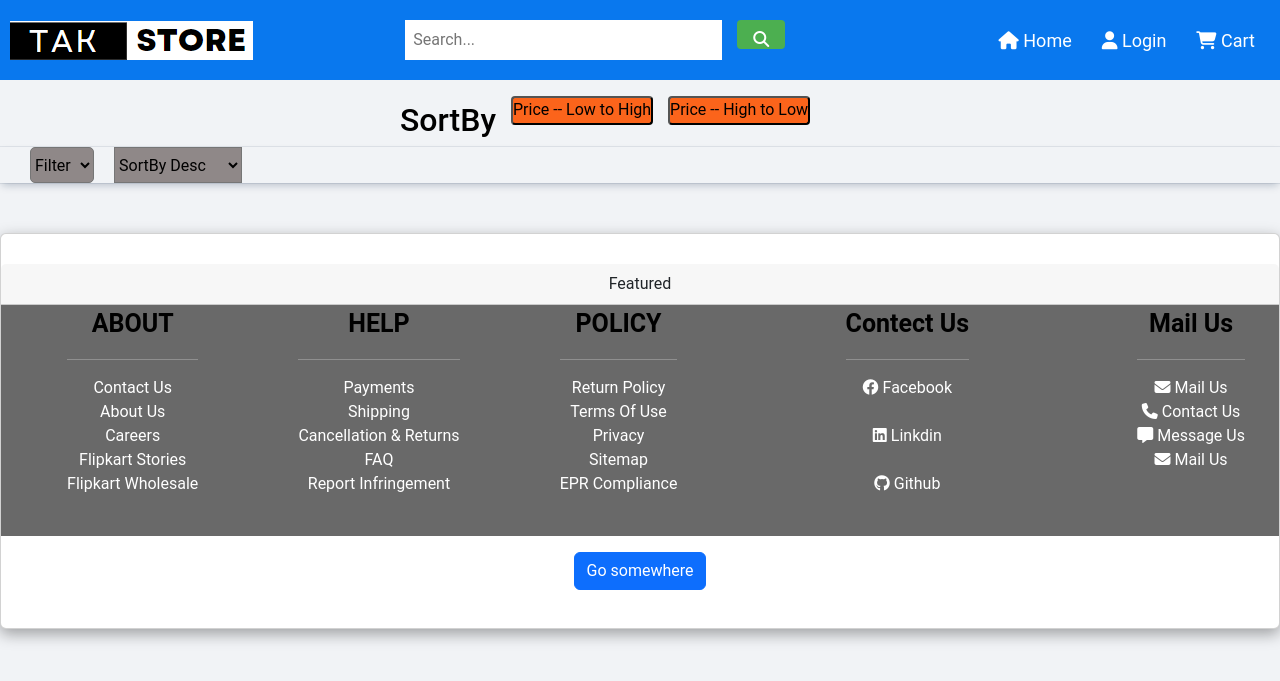
Repository: MSaifKhan01/TAK-Store
Page: PROJECT_Front/appliances.html
An editor plug-in stored every save of this project. The page is shown before and after the next save, followed by the edit.
The browser window is 1280 px wide. The pictures show the whole page.
The page's requests for data from a server got no answer.

Above is the page before, as saved 2023-07-22 02:00:39.
Console error: TypeError: Cannot read properties of null (reading 'append')

### PROJECT_Front/appliances.html
<!DOCTYPE html>
<html lang="en">

<head>
    <meta charset="UTF-8">
    <meta http-equiv="X-UA-Compatible" content="IE=edge">
    <meta name="viewport" content="width=device-width, initial-scale=1.0">
    <title>Document</title>
    <link
    rel="stylesheet"
    href="https://cdnjs.cloudflare.com/ajax/libs/font-awesome/6.4.0/css/all.min.css"
    integrity="sha512-iecdLmaskl7CVkqkXNQ/ZH/XLlvWZOJyj7Yy7tcenmpD1ypASozpmT/E0iPtmFIB46ZmdtAc9eNBvH0H/ZpiBw=="
    crossorigin="anonymous"
    referrerpolicy="no-referrer"
  />
  <!-- cdn link of bootstrap for css -->
  <link
    href="https://cdn.jsdelivr.net/npm/bootstrap@5.2.3/dist/css/bootstrap.min.css"
    rel="stylesheet"
    integrity="sha384-rbsA2VBKQhggwzxH7pPCaAqO46MgnOM80zW1RWuH61DGLwZJEdK2Kadq2F9CUG65"
    crossorigin="anonymous"
  />



    <link rel="stylesheet" type="text/css" href="./CSS/appliences.css">
    <link rel="stylesheet" type="text/css" href="./CSS/Index.css">
    <style>

    </style>
</head>

<body>
    <header >
        <nav class="navbar">
          <a href="#" class="navbar-brand logo"
            ><img src="./flipkart images/Tak_logo.png" alt="logo"
          /></a>
          <div class="search-container">
            <input id="searcBox" type="text" placeholder="Search..." />
            <button type="submit"><i class="fa fa-search"></i></button>
          </div>
          <ul class="navbar-nav">
            <li>
              <a href="index.html"><i class="fa-solid fa-house"></i> Home</a>
            </li>



            <li id="logoutName">
              <a href="./login.html" id="nameshow"><i class="fa-solid fa-user"></i> Login</a>
            </li>
            <!-- <li><a href="#">Categories</a></li>
            <li><a href="#">Deals</a></li> -->
            <li>
              <a href="addTocart.html"><i class="fa-solid fa-cart-shopping"><span id="Cartlength"></span></i> Cart</a>
              <!-- <a href="#">Cart</a> -->
            </li>
          </ul>
        </nav>

      </header>


    <div class="sort">
        <h2>SortBy</h2>
        <button id="sort1">Price -- Low to High</button>
        <button id="sort2">Price -- High to Low</button>
    </div>
    <div class="main">
        <div class="leftdiv">
            <!-- filter part -->
            <div style="display: flex; margin-left: 30px; gap: 20px;">


                <div>
                    <select name="filter" id="filter">
                        <option value="filter">Filter</option>
                    </select>
                </div>
                <div>
                    <select name="featured" id="featured" data-bs-toggle="tooltip" data-bs-title="Another tooltip">
                        <option value="">SortBy Desc</option>
                        <option value="atoz">A To Z</option>
                        <option value="ztoa">Z To A</option>

                    </select>
                </div>
            </div>
        </div>
        <div class="bestofElctronic_product_item">

        </div>
    </div>



    </div>
    </div>
    <!-- footer -->

    <div class="card text-center">
        <div class="card-header" style="margin-top: 30px">Featured</div>
        <div class="footer-items">
          <div class="footerlist">
            <ul style="list-style: none">
              <li id="List-head">ABOUT</li>
              <li>
                <hr />
              </li>
              <li>Contact Us</li>
              <li>About Us</li>
              <li>Careers</li>
              <li>Flipkart Stories</li>
              <li>Flipkart Wholesale</li>
            </ul>
          </div>

          <div class="footerlist">
            <ul style="list-style: none">
              <li id="List-head">HELP</li>
              <li>
                <hr />
              </li>
              <li>Payments</li>
              <li>Shipping</li>
              <li>Cancellation & Returns</li>
              <li>FAQ</li>
              <li>Report Infringement</li>
            </ul>
          </div>

          <div class="footerlist">
            <ul style="list-style: none">
              <li id="List-head">POLICY</li>
              <li>
                <hr />
              </li>
              <li>Return Policy</li>
              <li>Terms Of Use</li>
              <li>Privacy</li>
              <li>Sitemap</li>
              <li>EPR Compliance</li>
            </ul>
          </div>
          <hr />
          <div class="footerlist">
            <ul style="list-style: none">
              <li id="List-head">Contect Us</li>
              <li>
                <hr />
              </li>
              <li>
                <a href="" style="text-decoration: none; color: white"
                  ><i class="fa-brands fa-facebook"></i> Facebook</a
                >
              </li>
              <br />
              <li>
                <a href="" style="text-decoration: none; color: white"
                  ><i class="fa-brands fa-linkedin"></i> Linkdin</a
                >
              </li>
              <br />
              <li>
                <a href="" style="text-decoration: none; color: white"
                  ><i class="fa-brands fa-github"></i> Github</a
                >
              </li>
              <br />
            </ul>
          </div>

          <hr />
          <div class="footerlist">
            <ul style="list-style: none">
              <li id="List-head">Mail Us</li>
              <li>
                <hr />
              </li>
              <li>
                <a href="" style="text-decoration: none; color: white"
                  ><i class="fa-solid fa-envelope"></i> Mail Us</a
                >
              </li>
              <li>
                <a href="" style="text-decoration: none; color: white"
                  ><i class="fa-solid fa-phone"></i> Contact Us</a
                >
              </li>
              <li>
                <a href="" style="text-decoration: none; color: white"
                  ><i class="fa-solid fa-message"></i> Message Us</a
                >
              </li>
              <li>
                <a href="" style="text-decoration: none; color: white"
                  ><i class="fa-solid fa-envelope"></i> Mail Us</a
                >
              </li>
            </ul>
          </div>
        </div>

        <div class="card-body">
          <a href="#" class="btn btn-primary">Go somewhere</a>
        </div>
      </div>
</body>
<script
  src="https://cdn.jsdelivr.net/npm/@popperjs/core@2.11.8/dist/umd/popper.min.js"
  integrity="sha384-I7E8VVD/ismYTF4hNIPjVp/Zjvgyol6VFvRkX/vR+Vc4jQkC+hVqc2pM8ODewa9r"
  crossorigin="anonymous"
></script>
<script
  src="https://cdn.jsdelivr.net/npm/bootstrap@5.3.0/dist/js/bootstrap.min.js"
  integrity="sha384-fbbOQedDUMZZ5KreZpsbe1LCZPVmfTnH7ois6mU1QK+m14rQ1l2bGBq41eYeM/fS"
  crossorigin="anonymous"
></script>
<script src="./JS/appliences.js"></script>
<script src="./JS/index.js"></script>


</html>

### PROJECT_Front/CSS/appliences.css
* {
    margin: 0;
    padding: 0;
    box-sizing: border-box;
}

body {
    font-family: 'Roboto', sans-serif;
    background-color: #f1f3f6;
    width: 100%;
}

:root {
    --primary-color: #2874f0;
}

.container {
    padding: 0 8px;
}

/* <---navbar1 ---> start*/

header {
    background-color: var(--primary-color);
    height: 56px;
    position: sticky;
    margin-top: 0px;
}

header .nav-container {
    display: flex;
    /* justify-content: space-between; */
    align-items: center;
    height: 100%;
    max-width: 1248px;
    margin: 0 auto;
}

header .nav-container .logo {
    display: flex;
    min-width: 137px;
    justify-content: flex-end;
}

header .nav-container .logo img {
    width: 75px;
}

header .search {
    height: 100%;
    display: flex;
    align-items: center;
    margin-left: 12px;
}

@media only screen and (max-width: 700px) {
    header .search {
        display: none;
    }

    header {
        background-color: var(--primary-color);
        height: 56px;
        width: 100%;
        position: sticky;
        margin-top: 0px;
    }

    .bestofElctronic_product_item {

        display: grid;
        width: 80%;
        gap: 15px;
        grid-template-columns: repeat(2, 1fr);
        overflow: hidden;
    }

    .leftdiv {
        /* width: 20%; */
        display: none;
    }
    footer {
    background-color: #172337;
    height: 332;
    width: 100%;
}
.footer-row2-col img{
    display: none;
}
}

header .search .search-container {
    width: 540px;
    height: 36px;
    background-color: white;
    border-radius: 2px;
    box-shadow: 0 2px 4px 0 rgb(0 0 0 / 23%);
    display: flex;
}

header .search .search-container input {
    width: calc(100% - 32px);
    padding: 16px;
    outline: none;
    border: none;
}

header .search .search-container button {
    width: 36px;
    height: 100%;
    padding: 0 8px;
    display: flex;
    justify-content: center;
    align-items: center;
    border: none;
    background-color: white;
    border-radius: 0 2px 2px 0;
    cursor: pointer;
}

.main>ul>li>a {
    color: #140d29;
    font-weight: 800;
    text-decoration: none;
    font-size: 14px;

}

.megamenu {
    background-color: white;

    position: absolute;
    top: 100%;
    left: 0px;
    width: 100%;
    display: flex;
    opacity: 0;
    visibility: hidden;
    box-shadow: rgba(100, 100, 111, 0.2) 0px 7px 29px 0px;

}


.dropbtn {
    background-color: whitesmoke;
    color: white;
    padding: 16px;
    font-size: 16px;
    border: none;
    cursor: pointer;
}

.dropbtn:hover,
.dropbtn:focus {
    background-color: #2980B9;
}

.dropdown {
    position: relative;
    display: inline-block;
}

.dropdown-content {
    display: none;
    position: absolute;
    background-color: #f1f1f1;
    min-width: 160px;
    overflow: auto;
    box-shadow: 0px 8px 16px 0px rgba(0, 0, 0, 0.2);
    z-index: 1;
}

.dropdown-content a {
    color: black;
    padding: 12px 16px;
    text-decoration: none;
    display: block;
}

.dropdown a:hover {
    background-color: #ddd;
}

.show {
    display: block;
}

header .login {
    height: 100%;
    display: flex;
    align-items: center;
    margin: 0 20px;
}

header .login button {
    width: 122px;
    padding: 5px 40px;
    font-size: 16px;
    font-weight: 600;
    color: var(--primary-color);
}

header .become-seller {
    height: 100%;
    display: flex;
    align-items: center;
    margin: 0 20px;
    color: white;
    font-size: 16px;
    font-weight: 500;
}

header .more {
    height: 100%;
    display: flex;
    align-items: center;
    margin: 0 20px;
    color: white;
    font-size: 16px;
    font-weight: 500;
}

header .more svg {
    margin-left: 8px;
    rotate: -90deg;
}

header .cart {
    height: 100%;
    display: flex;
    /* position: relative; */
    align-items: center;
    margin: 0 20px;
    color: white;
}

header .cart svg {
    margin-right: 8px;
}

/* <---navbar1 ---> end*/

.BestofElectronic_item {
    background-color: white;
    min-width: 210px;
    max-width: 210px;
    height: 310px;
    position: relative;
    display: flex;

    align-items: center;
    flex-direction: column;
}



.bestOfElectornic_image_Product img {
    width: 90%;
    margin-top: 13px;
    max-height: 210px;
    display: flex;
    justify-content: center;
    align-items: center;

}

.bestofElectornicProduct_name {
    font-size: 15px;
    padding: 5px;
    letter-spacing: 0.5px;
}

.bestofElecronic_discount {
    color: #388e3c;
}

.bestofElectronic_brand {
    color: rgb(143, 136, 136);
}
#featured{
width: 10vw;
height: 5vh;
background-color: rgb(143, 136, 136);
}
#filter{
width: 5vw;
border-radius: 5px;
height: 5vh;
background-color: rgb(143, 136, 136);
}
.main {
    display: flex;
    box-shadow: rgba(9, 30, 66, 0.25) 0px 4px 8px -2px, rgba(9, 30, 66, 0.08) 0px 0px 0px 1px;
}

.leftdiv {
    width: 20%;
}

.bestofElctronic_product_item {

    display: grid;
    width: 80%;
    gap: 15px;
    grid-template-columns: repeat(4, 1fr);
    overflow: hidden;
}

.bestofElectronic_brand {
    font-size: 12px;
    padding-top: 7px;
}

.bestofElectornicProduct_name {
    color: #000;
}

.card {
    /* box-sizing: border-box; */
    margin-top: 50px;
    height: 55vh;
    box-shadow: rgba(0, 0, 0, 0.35) 0px 5px 15px;
}

div>button {
    background-color: #fb641b;
    border-radius: 3px;
    margin-left: 15px;
    border-radius: 4px;
    height: 4vh;


}

div>p {
    margin-left: 15px;
}

.sort {
    display: flex;
    margin: 40px 0px 0px 400px;

}

.sort h2 {
    margin-top: 5px;
    color: #000;
}

/* .sort button{


} */

/* <!-- footer --> */
footer {
    background-color: #172337;
    height: 332;
}

.footer-row {
    width: 100%;
    height: 270px;
    display: flex;
    padding: 30px 60px;
}

.footer-row2 {
    display: flex;
    border-top: 1px solid #454d5e;
    justify-content: space-evenly;
}

.footer-col-1 {
    width: 15%;
}

.footer-col-2 {
    width: 15%;
}

.footer-col-3 {
    width: 15%;
}

.footer-col-4 {
    width: 10%;
}

.footer-col-5 {
    width: 20%;
    border-left: 1px solid #454d5e;
    height: 120px;
    padding-left: 25px;
}

.footer-col-6 {
    width: 20%;
    padding-left: 50px;
}

.footer-heading p {
    color: #878787;
    font-size: 12px;
    font-weight: 400;
    text-align: left;
    padding: 10px 0px;
    cursor: pointer;
    text-transform: uppercase;
}

.footer-list a {
    text-align: left;
    display: block;
    text-decoration: none;
    text-transform: capitalize;
    color: white;
    font-size: 12px;
    font-weight: 400;
    padding: 5px 0px;
}

.footer-list a:hover {
    text-decoration: underline;
}

.footer-list p {
    text-align: left;
    display: block;
    color: white;
    font-size: 12px;
    font-weight: 100px;
    padding: 5px 0px;
    line-height: 20px;
    cursor: pointer;
}

.footer-list-address p {
    text-align: left;
    display: block;
    color: white;
    font-size: 12px;
    font-weight: 100px;
    line-height: 20px;
    cursor: pointer;
}

.footer-list-address span {
    color: rgb(60, 109, 245);
    cursor: pointer;
}

.footer-row2-col p {
    color: white;
    font-size: 15px;
    font-weight: 100px;
    line-height: 20px;
    cursor: pointer;
    text-align: center;
    line-height: 50px;
    letter-spacing: .7px;
}

### PROJECT_Front/CSS/Index.css


 /* CSS styles for the navbar */
  * {
    margin: 0;
    padding: 0;
    box-sizing: border-box;
  }
  header{
    position: sticky;
    top: 0%;
  }

  .navbar {
    background-color: #0978ee;
    padding: 10px;
    display: flex;
    justify-content: space-between;
    /* flex-direction: row; */
    align-items: center;
    position: sticky;
  }

  .navbar-brand {
    color: #fff;
    font-weight: bold;
    text-decoration: none;
    width: 10%;
    font-size: 15px;
  }

  .navbar-nav {
    display: flex;
    flex-direction: row;
    font-size: 18px;
    list-style-type: none;
    gap: 15px;
    margin: 0;
    padding: 0;
    /* margin-right: 120px; */

  }

  #logoutName{
    color: #f1f1f1;
  }
  #logoutName button{
    background-color: #45a049;;
    color: #f1f1f1;
    border-radius: 5px;
    padding: 3px;

  }
  #Cartlength{
    color: #f40ab5;
  }

  /* Search bar styles */
  .search-container {
    display: flex;
    width: 500px;
    max-width: 450px;

    margin-left: 180px;

    margin-bottom: 10px;
    /* Added to separate the search bar in responsive mode */
  }

  input[type="text"] {
    flex: 1;
    padding: 10px;
    border: none;
  }

  button[type="submit"] {
    margin-right: 120px;
    background-color: #4caf50;
    color: white;
    padding: 10px 20px;
    border: none;
    cursor: pointer;
  }

  button[type="submit"]:hover {
    background-color: #45a049;
  }

  .navbar-nav li {
    margin-right: 15px;
  }

  .navbar-nav li a {
    color: #fff;
    text-decoration: none;
  }

  /* CSS styles for responsive design */
  @media (max-width: 400px) {
    .navbar {
      flex-direction: column;
    }

    .navbar-nav {
      margin-top: 10px;
      flex-direction: column;

    }

    .navbar-nav li {
      margin-right: 0;
      margin-bottom: 10px;
    }
  }

  @media (min-width: 601px) {
    /* Additional styles for larger screens */
    .search-container {
      max-width: 500px;
      margin-left: 160px;
      margin-top: 10px;
    }

    input[type="text"] {
      padding: 8px;
    }

    button[type="submit"] {
      padding: 8px 16px;
    }
  }

  /* CSS styles for sub-navbar */
  .sub-navbar {
    background-color: #f1f1f1;
    padding: 10px;
    display: flex;
    gap: 30px;
    justify-content: center;
    /* overflow-x: auto; */
  }

  .sub-navbar-item {
    display: flex;
    align-items: center;
    justify-content: center;

    margin-right: 15px;
    width: 60px;
    /* height: 60px; */
    border-radius: 50%;
    background-color: #f1f1f1;
  }


  .sub-navbar-item img {
    width: 64px;
  }

  .subNav {
    display: block;
  }

  #slideshow > img {
    width: 100%;
  }

  .carousel-item img {
    width: 100%;
    height: 100%;
  }


  .footer-items {
    display: flex;
    justify-content: space-around;
    background-color: dimgray;
    color: white;
  }

  #List-head {
    font-size: 25px;
    font-weight: bold;
    color: black;
  }

  #product {
    border-radius: 5px;
    padding: 40px;
    margin-bottom: 20px;

    box-shadow: rgba(50, 50, 93, 0.25) 0px 50px 100px -20px,
      rgba(0, 0, 0, 0.3) 0px 30px 60px -30px;
  }
  #product img{
    width: 50%;
  }


  #carroDiv {
    width: 90%;
    margin: auto;
  }

  .smallimages {
    display: flex;
    gap: 10px;
    justify-content: space-around;
    /* align-items: center; */
  }

  .topHead {
    display: flex;
    justify-content: space-between;
    box-shadow: rgba(0, 0, 0, 0.24) 0px 3px 8px;
    margin-bottom: 40px;
  }

  .common-heading-left {
    padding: 20px;
  }

  .common-heading-left > h2 {
    color: gray;
  }

  .ViewButton > h3 {
    margin: 30px;
    padding: 20px;
    background-color: #0978ee;
  }

### PROJECT_Front/JS/index.js

const urlParams = new URLSearchParams(window.location.search);
let tokenurl = urlParams.get('token');
let username = urlParams.get("username")
let image = urlParams.get("image")
// let log = document.getElementById("log")
if (tokenurl) {

  sessionStorage.setItem("token", tokenurl)
  sessionStorage.setItem("name", username)
  sessionStorage.setItem("image", image)
}

  let logoutName=document.getElementById("logoutName")
let nametag=document.getElementById("nameshow")
let token=sessionStorage.getItem("token")
  let name=sessionStorage.getItem("name")
  let CartlengthTag=document.getElementById("Cartlength")
  let Cartlength=localStorage.getItem("length")
  // console.log(Cartlength)

  if(token){
    CartlengthTag.innerText=Cartlength
    nametag.style.display="none"
    logoutName.innerHTML=`<i class="fa-solid fa-user"></i> ${name}`

    let p=document.createElement("span")
    p.innerHTML=`<button>Logout</button>`
    p.style.marginLeft="5px"
    logoutName.append(p)

    logoutName.addEventListener("click",()=>{
      sessionStorage.clear()
      window.location.href = "./index01.html";
    })
  }
  let imgtag = document.createElement("img");

  let slidediv = document.getElementById("slideshow");
  slidediv.append(imgtag);
  let currentIndex = 0;

  var slideImages = [
    "flipkart images/banner1.jpg",
    "flipkart images/banner2.jpg",
    "flipkart images/banner3.jpg",
    "flipkart images/banner4.jpg",
  ];
  slideshowFun(slideImages);

  function slideshowFun(images) {
    imgtag.setAttribute("src", images[currentIndex]);
    if (currentIndex == images.length - 1) {
      currentIndex = 0;
    } else {
      currentIndex++;
    }
  }
  window.addEventListener("load", function () {
    setInterval(slideshowFun, 2000, slideImages);
  });

Loaded but not shown: PROJECT_Front/JS/appliences.js (275 lines, source omitted)

After the next save:
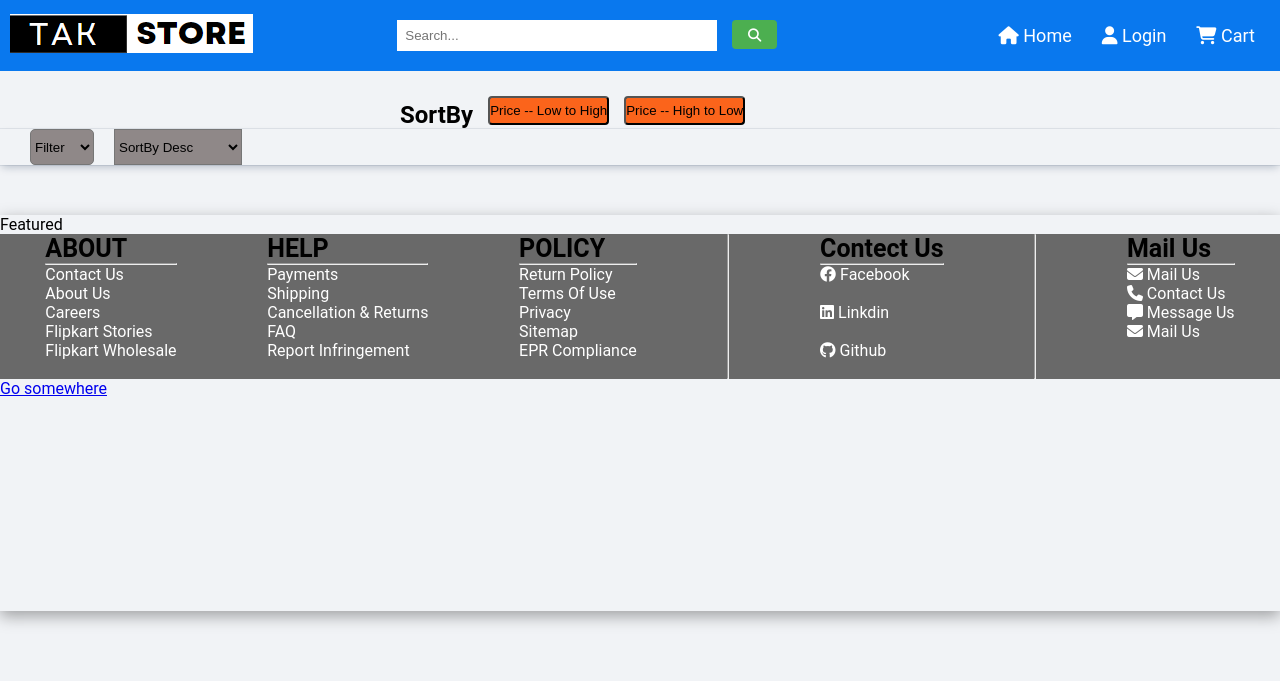
Saved 2 min 8 s later.
--- a/PROJECT_Front/appliances.html
+++ b/PROJECT_Front/appliances.html
@@ -14,12 +14,12 @@
     referrerpolicy="no-referrer"
   />
   <!-- cdn link of bootstrap for css -->
-  <link
+  <!-- <link
     href="https://cdn.jsdelivr.net/npm/bootstrap@5.2.3/dist/css/bootstrap.min.css"
     rel="stylesheet"
     integrity="sha384-rbsA2VBKQhggwzxH7pPCaAqO46MgnOM80zW1RWuH61DGLwZJEdK2Kadq2F9CUG65"
     crossorigin="anonymous"
-  />
+  /> -->
 
 
 
